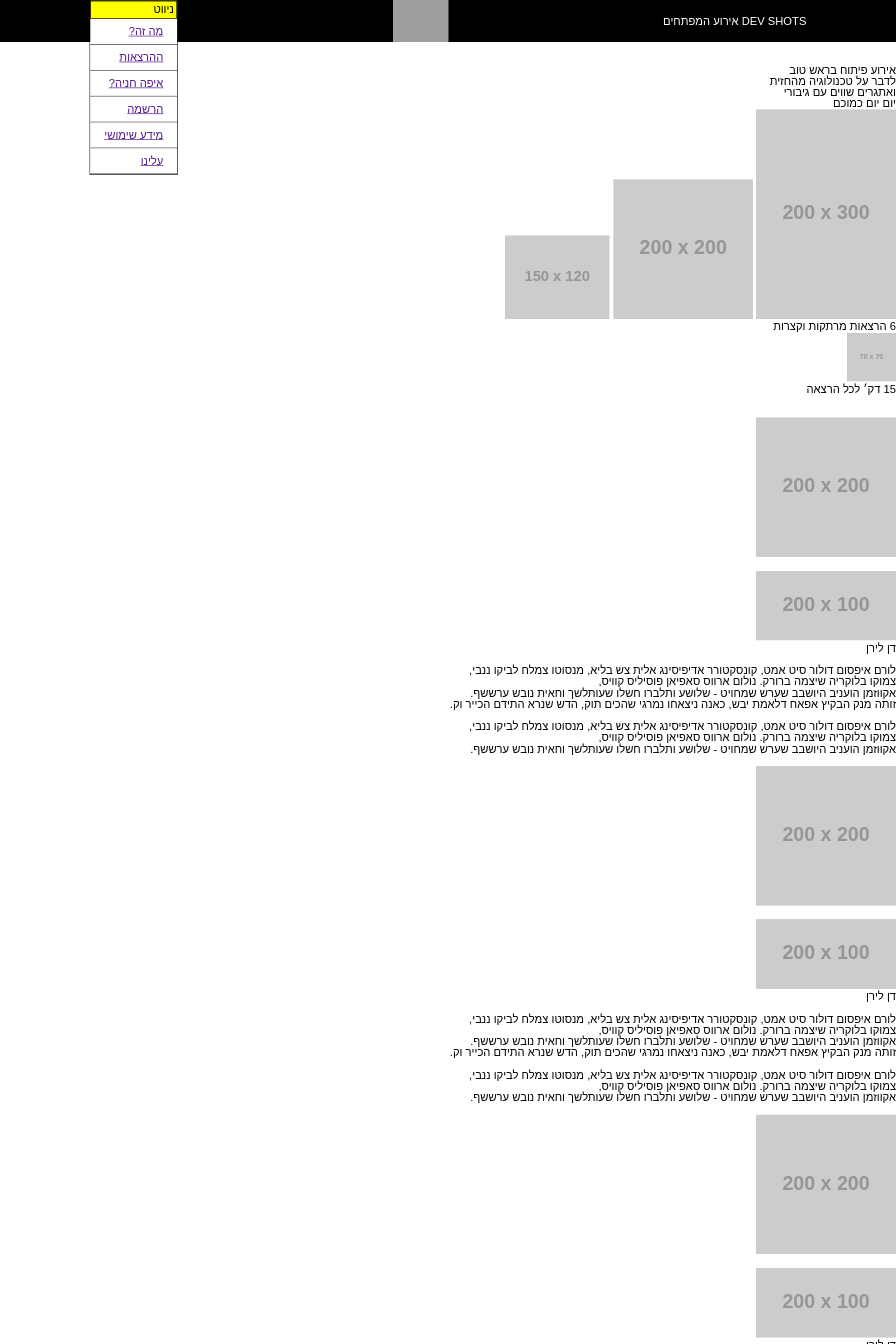
Repository: Julian-Escobar/DevShots
Page: index.html
The author's editor kept a copy of each file at every save. The page is drawn from the files as they stood at one save, then again after the next save.
The browser window is 1280 px wide. The pictures show the part of the page from y = 0 to 1920 px (the page is 5922 px tall), at 70% of full size.
Pictures or frames that could not be fetched are drawn as grey boxes.

Above is the page before, as saved 2018-08-28 19:08:54.

### index.html
<!DOCTYPE HTML>
<html>
  <head>
      <link rel="stylesheet" href="style.css">
        <style>

                body{
                    text-align: right;
                    direction: rtl;
                }
        </style>
  </head>
  <body>
      <!--header-->

      <section class="conteiner1">
            <header class="wrapper">
          <h2 class="title">   DEV SHOTS אירוע המפתחים  </h2>
          <div> <a> <img class="netcraftlogo" src="https://cdn.dribbble.com/users/277968/screenshots/1639449/netcraftdev_1x.png" alt="netcraft logo"> </a> </div>
          <div class="clearfix"> <nav class="dropdownnav">
            <ul>
              <li><div class="navtitle"> <b>ניווט</b></li><li><a class="navlink" href=""> מה
                   זה? </a></li><li><a class="navlink" href=""> ההרצאות

                   </a></li><li><a class="navlink" href=""> איפה
                        חניה? </a></li><li><a class="navlink" href=""> הרשמה

                        </a></li><li><a class="navlink" href=""> מידע
                             שימושי </a></li><li><a class="navlink" href=""> עלינו </a></li>
                                  </ul>
        </nav> </div>
       </header> </section>
       <br> <br>

       <!--section 1-->
       <section class="section1 conteiner" >
               <div> <h1 class="secondtitle">אירוע פיתוח בראש טוב</h1>
                     <p> לדבר על טכנולוגיה מהחזית <br>ואתגרים שווים עם גיבורי<br> יום יום כמוכם</p>
               </div>
          <a class="robot 1"href="https://placeholder.com"><img src="https://via.placeholder.com/200x300" alt="robot1 image"></a>
          <a class="robot 2"href="https://placeholder.com"><img src="https://via.placeholder.com/200x200" alt="robot2 image"></a>
          <a class="robot 3"href="https://placeholder.com"><img src="https://via.placeholder.com/150x120" alt="robot3 image"></a>
       </section>

              <!--section 2 lectures-->
        <section class="section2 conteiner">
                    <h3>6 הרצאות מרתקות וקצרות</h3>
                    <div class="lecture time"> <a class="clock icon"href="https://placeholder.com"><img src="https://via.placeholder.com/70x70"alt="clock icon"> </a>
                    <p>15 דק׳ לכל הרצאה</p></div>
                    <br>
                    <br>

                  <article class="lecture container">
                            <a class="prof picture"href="https://placeholder.com"><img src="https://via.placeholder.com/200x200" alt="lecturer photo"></a>
                             <h3 class="card title">חומריות בעולם הגידיטל</h3>
                             <a class="bubble image"href="https://placeholder.com"><img src="https://via.placeholder.com/200x100"alt="bubble image"></a>
                                <p class="prof name">דן לירן</p> </div>
                                <p class=><br>לורם איפסום דולור סיט אמט, קונסקטורר אדיפיסינג אלית צש בליא, מנסוטו צמלח לביקו ננבי,
                                        <br>צמוקו בלוקריה שיצמה ברורק. נולום ארווס סאפיאן פוסיליס קוויס,
                                        <br>אקווזמן הועניב היושבב שערש שמחויט - שלושע ותלברו חשלו שעותלשך וחאית נובש ערששף.
                                        <br> זותה מנק הבקיץ אפאח דלאמת יבש, כאנה ניצאחו נמרגי שהכים תוק, הדש שנרא התידם הכייר וק.</p>
                                    <p><br>לורם איפסום דולור סיט אמט, קונסקטורר אדיפיסינג אלית צש בליא, מנסוטו צמלח לביקו ננבי,
                                        <br> צמוקו בלוקריה שיצמה ברורק. נולום ארווס סאפיאן פוסיליס קוויס,
                                        <br>  אקווזמן הועניב היושבב שערש שמחויט - שלושע ותלברו חשלו שעותלשך וחאית נובש ערששף. </p>

                 </article>
                 <br>
                 <article class="lecture container">
                        <a class="prof picture"href="https://placeholder.com"><img src="https://via.placeholder.com/200x200"alt="lecturer photo"></a>
                         <h3 class="card title">חומריות בעולם הגידיטל</h3>
                         <a class="bubble image"href="https://placeholder.com"><img src="https://via.placeholder.com/200x100"alt="bubble image"></a>
                            <p class="prof name">דן לירן</p> </div>
                            <p class=><br>לורם איפסום דולור סיט אמט, קונסקטורר אדיפיסינג אלית צש בליא, מנסוטו צמלח לביקו ננבי,
                                    <br>צמוקו בלוקריה שיצמה ברורק. נולום ארווס סאפיאן פוסיליס קוויס,
                                    <br>אקווזמן הועניב היושבב שערש שמחויט - שלושע ותלברו חשלו שעותלשך וחאית נובש ערששף.
                                    <br> זותה מנק הבקיץ אפאח דלאמת יבש, כאנה ניצאחו נמרגי שהכים תוק, הדש שנרא התידם הכייר וק.</p>
                                <p><br>לורם איפסום דולור סיט אמט, קונסקטורר אדיפיסינג אלית צש בליא, מנסוטו צמלח לביקו ננבי,
                                    <br> צמוקו בלוקריה שיצמה ברורק. נולום ארווס סאפיאן פוסיליס קוויס,
                                    <br>  אקווזמן הועניב היושבב שערש שמחויט - שלושע ותלברו חשלו שעותלשך וחאית נובש ערששף. </p>

             </article>

             <br>
             <article class="lecture container">
                    <a class="prof picture"href="https://placeholder.com"><img src="https://via.placeholder.com/200x200"alt="lecturer photo"></a>
                    <h3 class="card title">חומריות בעולם הגידיטל</h3>
                     <a class="bubble image"href="https://placeholder.com"><img src="https://via.placeholder.com/200x100"alt="bubble image"></a>
                        <p class="prof name">דן לירן</p> </div>
                        <p class=><br>לורם איפסום דולור סיט אמט, קונסקטורר אדיפיסינג אלית צש בליא, מנסוטו צמלח לביקו ננבי,
                                <br>צמוקו בלוקריה שיצמה ברורק. נולום ארווס סאפיאן פוסיליס קוויס,
                                <br>אקווזמן הועניב היושבב שערש שמחויט - שלושע ותלברו חשלו שעותלשך וחאית נובש ערששף.
                                <br> זותה מנק הבקיץ אפאח דלאמת יבש, כאנה ניצאחו נמרגי שהכים תוק, הדש שנרא התידם הכייר וק.</p>
                            <p><br>לורם איפסום דולור סיט אמט, קונסקטורר אדיפיסינג אלית צש בליא, מנסוטו צמלח לביקו ננבי,
                                <br> צמוקו בלוקריה שיצמה ברורק. נולום ארווס סאפיאן פוסיליס קוויס,
                                <br>  אקווזמן הועניב היושבב שערש שמחויט - שלושע ותלברו חשלו שעותלשך וחאית נובש ערששף. </p>

         </article>
         <br>

         <article class="lecture container">
                <a class="prof picture"href="https://placeholder.com"><img src="https://via.placeholder.com/200x200"alt="lecturer photo"></a>
                <h3 class="card title">חומריות בעולם הגידיטל</h3>
                <a class="bubble image"href="https://placeholder.com"><img src="https://via.placeholder.com/200x100"alt="bubble image"></a>
                    <p class="prof name">דן לירן</p> </div>
                    <p class=><br>לורם איפסום דולור סיט אמט, קונסקטורר אדיפיסינג אלית צש בליא, מנסוטו צמלח לביקו ננבי,
                            <br>צמוקו בלוקריה שיצמה ברורק. נולום ארווס סאפיאן פוסיליס קוויס,
                            <br>אקווזמן הועניב היושבב שערש שמחויט - שלושע ותלברו חשלו שעותלשך וחאית נובש ערששף.
                            <br> זותה מנק הבקיץ אפאח דלאמת יבש, כאנה ניצאחו נמרגי שהכים תוק, הדש שנרא התידם הכייר וק.</p>
                        <p><br>לורם איפסום דולור סיט אמט, קונסקטורר אדיפיסינג אלית צש בליא, מנסוטו צמלח לביקו ננבי,
                            <br> צמוקו בלוקריה שיצמה ברורק. נולום ארווס סאפיאן פוסיליס קוויס,
                            <br>  אקווזמן הועניב היושבב שערש שמחויט - שלושע ותלברו חשלו שעותלשך וחאית נובש ערששף. </p>

     </article>
     <br>

     <article class="lecture container">
            <a class="prof picture"href="https://placeholder.com"><img src="https://via.placeholder.com/200x200"alt="lecturer photo"></a>
             <h3 class="card title">חומריות בעולם הגידיטל</h3>
             <a class="bubble image"href="https://placeholder.com"><img src="https://via.placeholder.com/200x100"alt="bubble image"></a>
                <p class="prof name">דן לירן</p> </div>
                <p class=><br>לורם איפסום דולור סיט אמט, קונסקטורר אדיפיסינג אלית צש בליא, מנסוטו צמלח לביקו ננבי,
                        <br>צמוקו בלוקריה שיצמה ברורק. נולום ארווס סאפיאן פוסיליס קוויס,
                        <br>אקווזמן הועניב היושבב שערש שמחויט - שלושע ותלברו חשלו שעותלשך וחאית נובש ערששף.
                        <br> זותה מנק הבקיץ אפאח דלאמת יבש, כאנה ניצאחו נמרגי שהכים תוק, הדש שנרא התידם הכייר וק.</p>
                    <p><br>לורם איפסום דולור סיט אמט, קונסקטורר אדיפיסינג אלית צש בליא, מנסוטו צמלח לביקו ננבי,
                        <br> צמוקו בלוקריה שיצמה ברורק. נולום ארווס סאפיאן פוסיליס קוויס,
                        <br>  אקווזמן הועניב היושבב שערש שמחויט - שלושע ותלברו חשלו שעותלשך וחאית נובש ערששף. </p>

 </article>

 <br>
 <article class="lecture container">
        <a class="prof picture"href="https://placeholder.com"><img src="https://via.placeholder.com/200x200"alt="lecturer photo"></a>
         <h3 class="card title">חומריות בעולם הגידיטל</h3>
         <a class="bubble image"href="https://placeholder.com"><img src="https://via.placeholder.com/200x100"alt="bubble image"></a>
            <p class="prof name">דן לירן</p> </div>
            <p class=><br>לורם איפסום דולור סיט אמט, קונסקטורר אדיפיסינג אלית צש בליא, מנסוטו צמלח לביקו ננבי,
                    <br>צמוקו בלוקריה שיצמה ברורק. נולום ארווס סאפיאן פוסיליס קוויס,
                    <br>אקווזמן הועניב היושבב שערש שמחויט - שלושע ותלברו חשלו שעותלשך וחאית נובש ערששף.
                    <br> זותה מנק הבקיץ אפאח דלאמת יבש, כאנה ניצאחו נמרגי שהכים תוק, הדש שנרא התידם הכייר וק.</p>
                <p><br>לורם איפסום דולור סיט אמט, קונסקטורר אדיפיסינג אלית צש בליא, מנסוטו צמלח לביקו ננבי,
                    <br> צמוקו בלוקריה שיצמה ברורק. נולום ארווס סאפיאן פוסיליס קוויס,
                    <br>  אקווזמן הועניב היושבב שערש שמחויט - שלושע ותלברו חשלו שעותלשך וחאית נובש ערששף. </p>
</article>
<div> <a class="robot4"> <img src="https://via.placeholder.com/70x70"alt="robot4 image"> </a></div>
</section>


<!--section 3 directions-->

<section>
    <article>
    <h4> אז איפה שמים את האוטו?</h4>
    <p>ועוד כמה פרטים חשובים...</p>
    <p> הערב יערך במועדון הסבל</p>
    <address> דרך שלומו 53, תל אביב</address>
 <div class="buses container">
       <hr class=line1>
       <p>מתכנסים בשעה</p>
       <p><big> 18:30 </big></p>
       <hr class=line1>
       <dl>
            <dt>חניה</dt>
              <hr class=line1>
              <dd>1. חניון אלי פלט</dd>
              <dd>2. רחוב אלפסי</dd>
              <dd>3. רחוב חיים בן אתר</dd>
       </dl>
 </div>

 <div class="buses container">
                <hr class=line1>
                <p>מתחילים בשעה:</p>
                <p><big> 19:00 </big></p>
                <hr class=line1>
                <dl>

                     <dt>אוטובוסים</dt>
                       <hr class=line1>
                       <dd>1. רכבת מרכז - 142,42</dd>
                       <dd>2. תחנה מרכזית - 163, 201, 96</dd>
                </dl>
 </div>
 <div class="map">
        <a class="map"> <img src="https://via.placeholder.com/400x400" alt="map image"> </a></div>
        <a class="lupa"> <img src="https://via.placeholder.com/15x15" alt="lupa icon"> </a></div>
        <a href="url">למפה המלאה</a>
</div> </article> </section>
<br>

<!--section 4 contact-->
<h5> הרשמה </h5>
<p>הכניסה היא בחינם אבל מספר המקומות מצומצם.</p>
<p> הערב יערך במועדון הסבנשמח אם תרשמו רק אם אתם מתכוונים להגיע- כדי שלא נסרב למישהו אחר</p>
<hr class=line3>
<p>כל הפרטים אישיים ישארו חסומים ולא נעביא אותם לאף אחד</p>
<hr class=line3>
<br>
<br>

<form action="" method="post">
    <div>
        <label for="name">שם מלא</label>
        <input type="text" placeholder="פרטי וגם משפחה" id="name" name="user_name">
    </div>
    <div>
        <label for="position">תפקיד</label>
        <input  type="position" placeholder="מה אתם עושים ביום יום" id="position" name="user_position">
    </div>
    <div>
            <label for="organization">ארגון</label>
            <input  type="organization" placeholder="מי משלם לכם משכורת" id="organization" name="user_organization">
        </div>
    <div>
            <label for="phone">מספר טלפון</label>
            <input  type="phone" placeholder="או סלולרי, לנו זה לא איכפת" id="phone" name="user_phone">
        </div>
        <div>
                <label for="friends">יש חברים?</label>
                <input  type="friends" placeholder="יש מלא אבל אני בא לבד" id="friends" name="user_friends">
            </div>
            <button name="button">זהו שלח אותי</button>
    </form>
    <br>

<!--section 5 Useful information-->

<section>
    <h6><big>מידע שימושי</big></h6>

    <article> <div class="card2"> <a class="card2 image"> <img src="https://via.placeholder.com/100x100"alt="card image"></a><h3 class="car2 title">קונסקטורר אדיפיסינג אלית</h3>
        <p class="p card2">לורם איפסום דולור סיט אמט, קונסקטורר אדיפיסינג אלית נולום ארווס סאפיאן - פוסיליס קוויס, אקווזמן קולורס מונפרד אדנדום סילקוף, מרגשי ומרגשח</p>
    </div></article>

    <article> <div class="card2"> <a class="card2 image"> <img src="https://via.placeholder.com/100x100"alt="card image"></a><h3 class="car2 title">קונסקטורר אדיפיסינג אלית</h3>
        <p class="p card2">לורם איפסום דולור סיט אמט, קונסקטורר אדיפיסינג אלית נולום ארווס סאפיאן - פוסיליס קוויס, אקווזמן קולורס מונפרד אדנדום סילקוף, מרגשי ומרגשח</p>
    </div></article>

    <article> <div class="card2"> <a class="card2 image"> <img src="https://via.placeholder.com/100x100"alt="card image"></a><h3 class="car2 title">קונסקטורר אדיפיסינג אלית</h3>
        <p class="p card2">לורם איפסום דולור סיט אמט, קונסקטורר אדיפיסינג אלית נולום ארווס סאפיאן - פוסיליס קוויס, אקווזמן קולורס מונפרד אדנדום סילקוף, מרגשי ומרגשח</p>
    </div></article>

    <article> <div class="card2"> <a class="card2 image"> <img src="https://via.placeholder.com/100x100"alt="card image"></a><h3 class="car2 title">קונסקטורר אדיפיסינג אלית</h3>
        <p class="p card2">לורם איפסום דולור סיט אמט, קונסקטורר אדיפיסינג אלית נולום ארווס סאפיאן - פוסיליס קוויס, אקווזמן קולורס מונפרד אדנדום סילקוף, מרגשי ומרגשח</p>
    </div></article>

    <article> <div class="card2"> <a class="card2 image"> <img src="https://via.placeholder.com/100x100"alt="card image"></a><h3 class="car2 title">קונסקטורר אדיפיסינג אלית</h3>
        <p class="p card2">לורם איפסום דולור סיט אמט, קונסקטורר אדיפיסינג אלית נולום ארווס סאפיאן - פוסיליס קוויס, אקווזמן קולורס מונפרד אדנדום סילקוף, מרגשי ומרגשח</p>
    </div></article>

    <article> <div class="card2"> <a class="card2 image"> <img src="https://via.placeholder.com/100x100"alt="card image"></a><h3 class="car2 title">קונסקטורר אדיפיסינג אלית</h3>
        <p class="p card2">לורם איפסום דולור סיט אמט, קונסקטורר אדיפיסינג אלית נולום ארווס סאפיאן - פוסיליס קוויס, אקווזמן קולורס מונפרד אדנדום סילקוף, מרגשי ומרגשח</p>
    </div></article>

    <a class="bottom robot"> <img src="https://via.placeholder.com/200x100"></a>
</section>

<!--section 6 footer-->
<section>
    <div class="footer div"><H3 class="footer title"> קצת עלינו</H3></div>
            <sec> <div class="footer components"> <a class="netcraft logo"> <img src="https://via.placeholder.com/100x30"alt="net craft logo"></a> </div>
            <div class="footer components"><p><b><big> נטפרפט </big></b>ורם איפסום דולור סיט אמט, קונסקטורר אדיפיסינג אלית נולום ארווס סאפיאן - פוסיליס קוויס, אקווזמן קולורס מונפרד אדנדום סילקוף, מרגשי ומרגשח. עמחליף גולר מונפרר סוברט</p></div>
            <div class="footer components"> <a class="logo"> <img src="https://via.placeholder.com/30x30"></a> <p>לורם איפסום דולור סיט אמט</p> </div>
            <div class="footer components"> <a class="logo"> <img src="https://via.placeholder.com/30x30"></a> <p>לורם איפסום דולור סיט אמט</p> </div>
            <div class="footer components"> <a class="logo"> <img src="https://via.placeholder.com/30x30"></a> <p>לורם איפסום דולור סיט אמט</p> </div>
            <div class="footer components"> <a class="logo"> <img src="https://via.placeholder.com/30x30"></a> <p>לורם איפסום דולור סיט אמט</p> </div>

            <div class="footer detail"> <p> איפסום דולור סיט אמט | איפסום דולור סיט אמט | איפסום דולור סיט אמט | some info@here </p> <a class="logo netcraft small"> <img src="https://via.placeholder.com/30x12"alt="netcraft logo"></a>  </div></sec>
</section>

  </body>
</html>

### style.css
/* http://meyerweb.com/eric/tools/css/reset/
   v2.0 | 20110126
   License: none (public domain)
*/

html, body, div, span, applet, object, iframe,
h1, h2, h3, h4, h5, h6, p, blockquote, pre,
a, abbr, acronym, address, big, cite, code,
del, dfn, em, img, ins, kbd, q, s, samp,
small, strike, strong, sub, sup, tt, var,
b, u, i, center,
dl, dt, dd, ol, ul, li,
fieldset, form, label, legend,
table, caption, tbody, tfoot, thead, tr, th, td,
article, aside, canvas, details, embed,
figure, figcaption, footer, header, hgroup,
menu, nav, output, ruby, section, summary,
time, mark, audio, video {
	margin: 0;
	padding: 0;
	border: 0;
	font-size: 100%;
	font: inherit;
	vertical-align: baseline;
}
/* HTML5 display-role reset for older browsers */
article, aside, details, figcaption, figure,
footer, header, hgroup, menu, nav, section {
	display: block;
}
body {
	line-height: 1;
}
ol, ul {
	list-style: none;
}
blockquote, q {
	quotes: none;
}
blockquote:before, blockquote:after,
q:before, q:after {
	content: '';
	content: none;
}
table {
	border-collapse: collapse;
	border-spacing: 0;
}





@font-face {
    font-family: 'Rubik', sans-serif;
    src: url("hhttps://fonts.googleapis.com/css?family=Rubik" );
}

body{
    font-family: 'Rubik', sans-serif;
    margin: 0 auto;

}
.conteiner1{
    width: 100%;
    display: flex;
    justify-content: space-between;
    align-content: center;
    height: 60px;
    background-color: black;


}
header {
    background-color: black;
    width: 80%;
    display: flex;
    justify-content: space-between;
    align-content: center;
    margin: 0 auto;
    padding: 0 10px;
}


.title {
    font-weight: 100;
    color: white;
    align-self: center;
}
.netcraftlogo {
    height:60px;
    align-self: center;

    }

    .navtitle {
        background-color: yellow;
        padding: 4px;
        border: 1px solid black
    }
    .dropdownnav {
        border: 1px solid black;
        float: left;
    }

    .navlink {
        background-color: white;
        padding: 4px;
        border-bottom: 1px solid black;
        align-self: right;
        display: block;
        position: relative;
        z-index: 100;
        margin-top: 0px;
        padding-top: 10px;
        padding-bottom: 10px;
        padding-left: 20px;
        padding-right: 20px;
   }

After the next save:
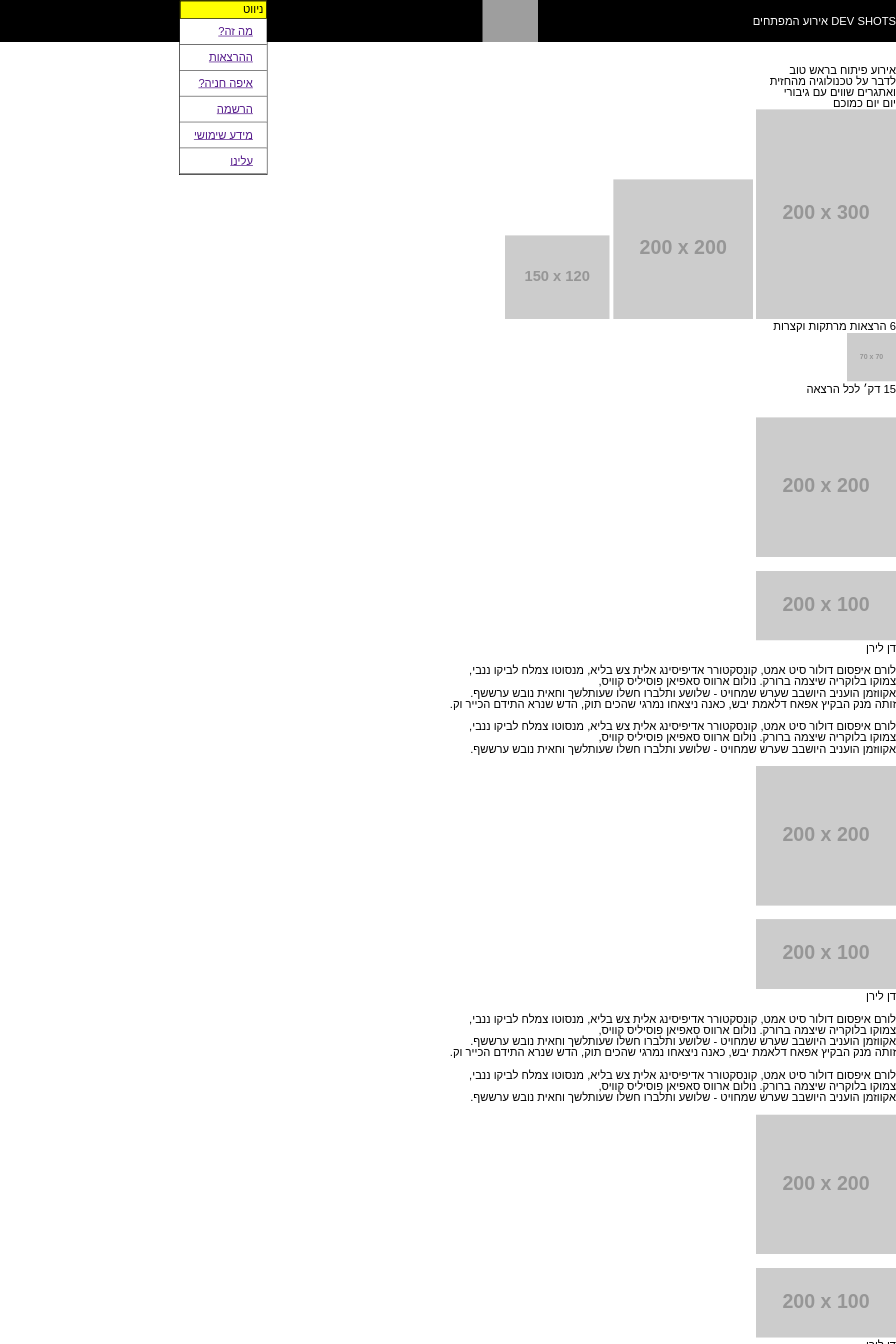
Saved 18 s later.
--- a/style.css
+++ b/style.css
@@ -77,8 +77,6 @@
     display: flex;
     justify-content: space-between;
     align-content: center;
-    margin: 0 auto;
-    padding: 0 10px;
 }
 
 

After the save that followed:
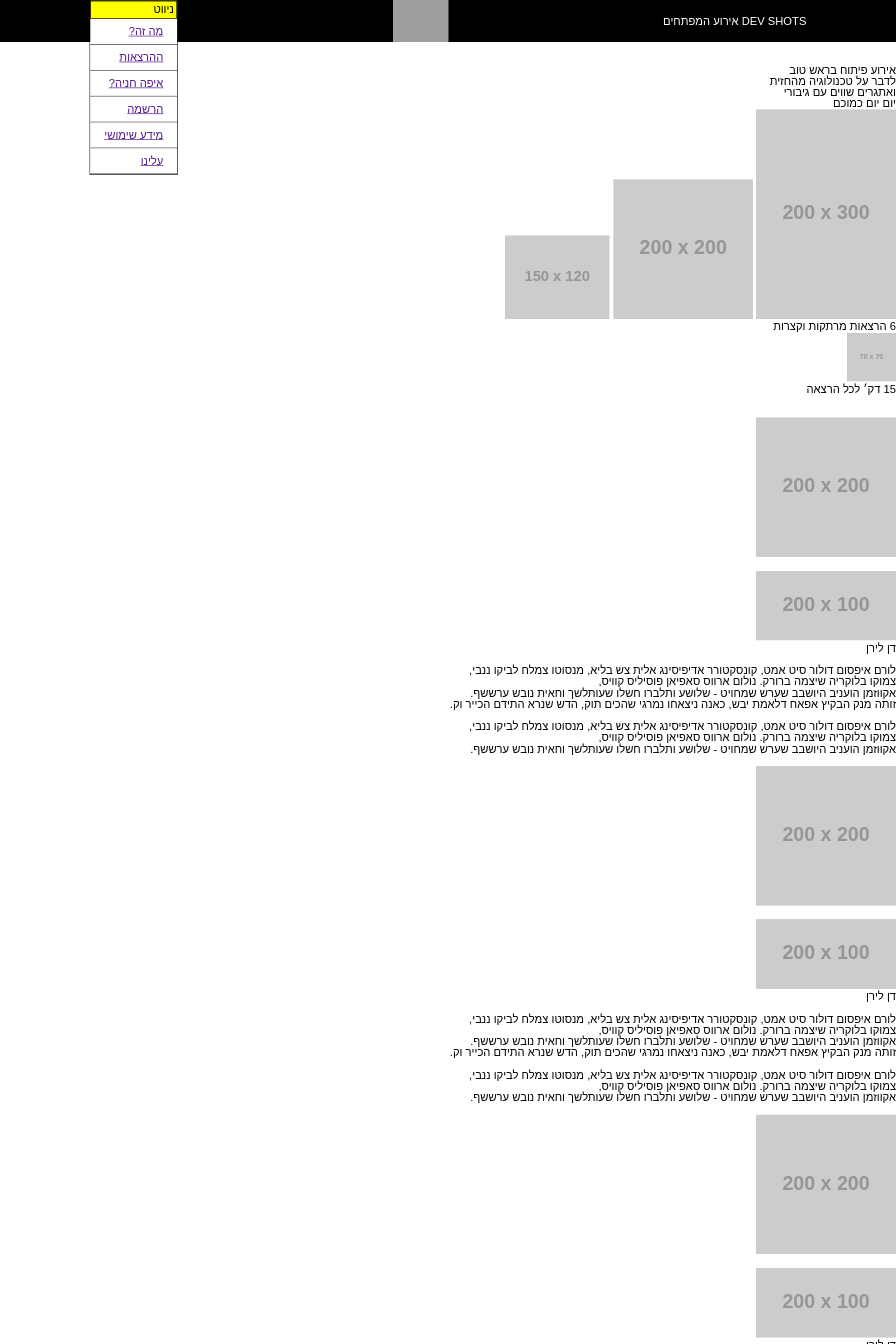
Saved 10 s later.
--- a/style.css
+++ b/style.css
@@ -77,6 +77,8 @@
     display: flex;
     justify-content: space-between;
     align-content: center;
+    margin: 0 auto;
+    padding: 0 10px;
 }
 
 
